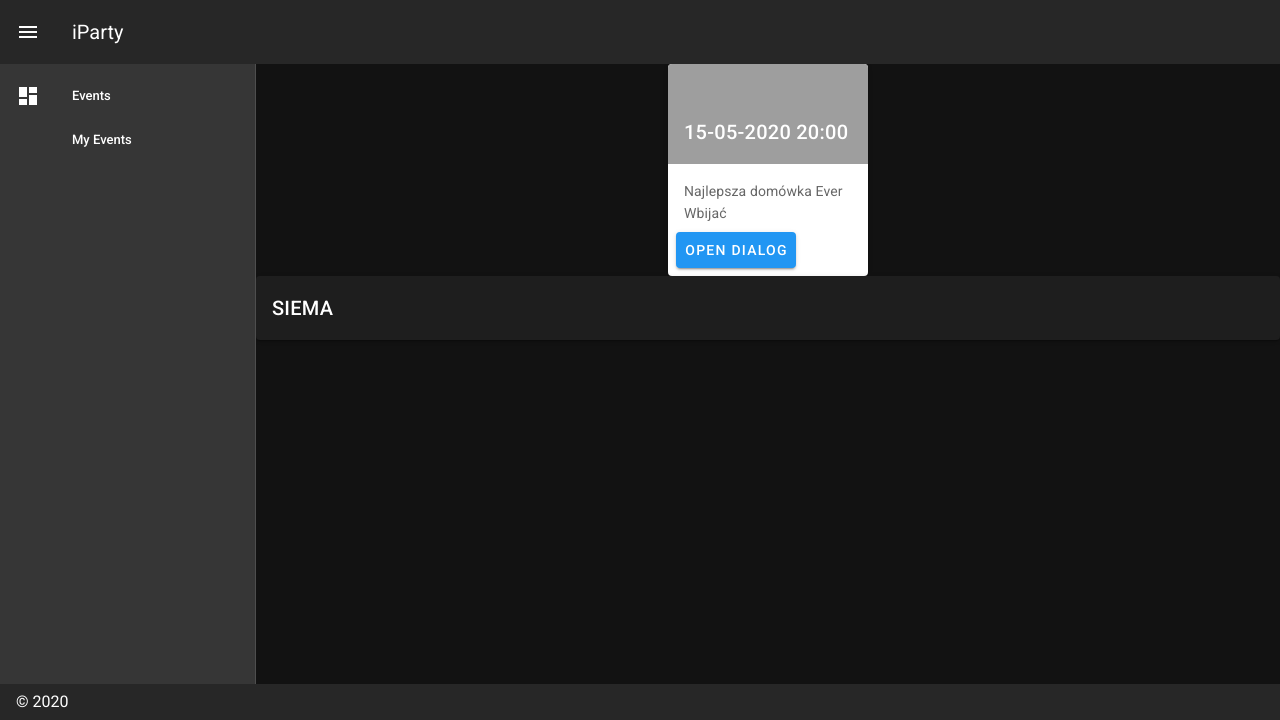
Repository: hexanek/partyapp
Page: /
These files come from the project's save history. The page is drawn as it stood at one moment and after the next save; the edit follows.
The browser window is 1280 px wide. The pictures show the whole page.
Pictures or frames that could not be fetched are drawn as grey boxes. The project was rebuilt for these pictures with package versions that can differ from the ones it lists, and the page was loaded fresh each time. Also part of the build but not shown: vue.config.js.

Above is the page before, as saved 2020-01-25 18:42:06.

After the next save:
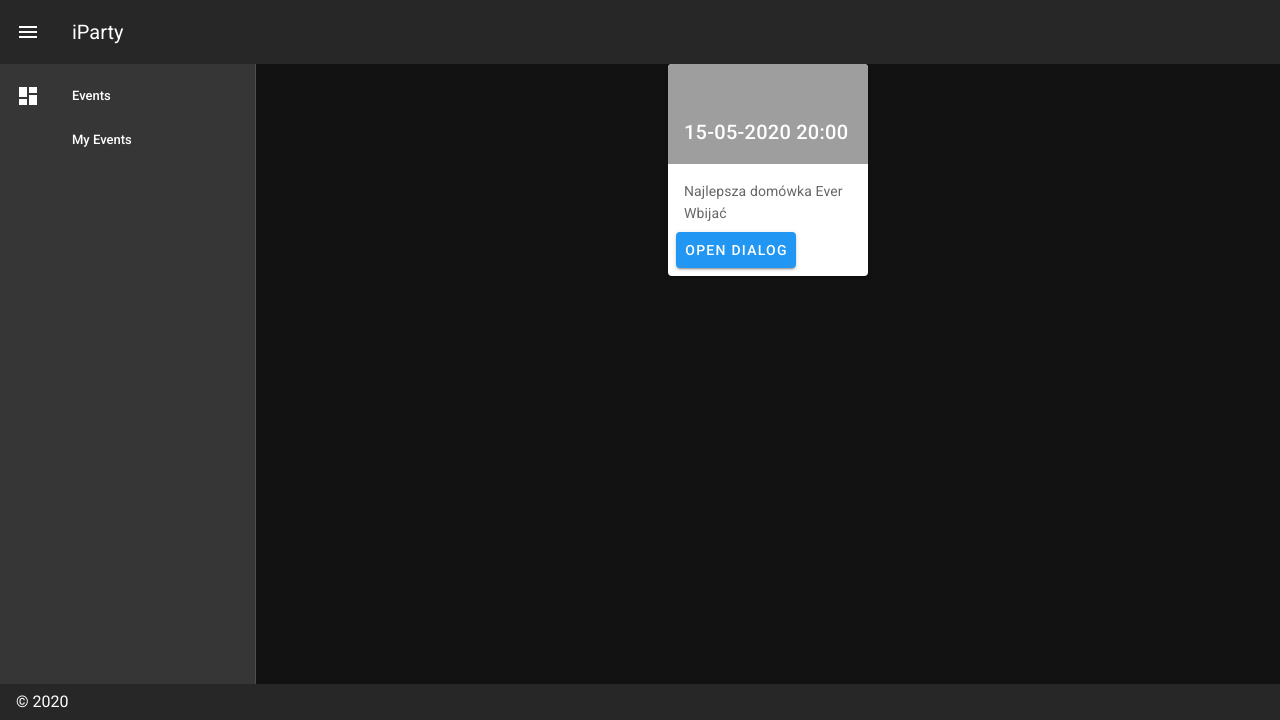
Saved 5 min 43 s later.
--- a/src/components/Gmap.vue
+++ b/src/components/Gmap.vue
@@ -36,13 +36,14 @@
 
 
       </v-navigation-drawer> -->
-      <v-card
+      <v-overlay :value="detail">
+        <v-card
       fixed
       right
       v-model="detail">
       <v-card-title>SIEMA</v-card-title>
       </v-card>
-
+    </v-overlay>
 
   </div>
 </template>
